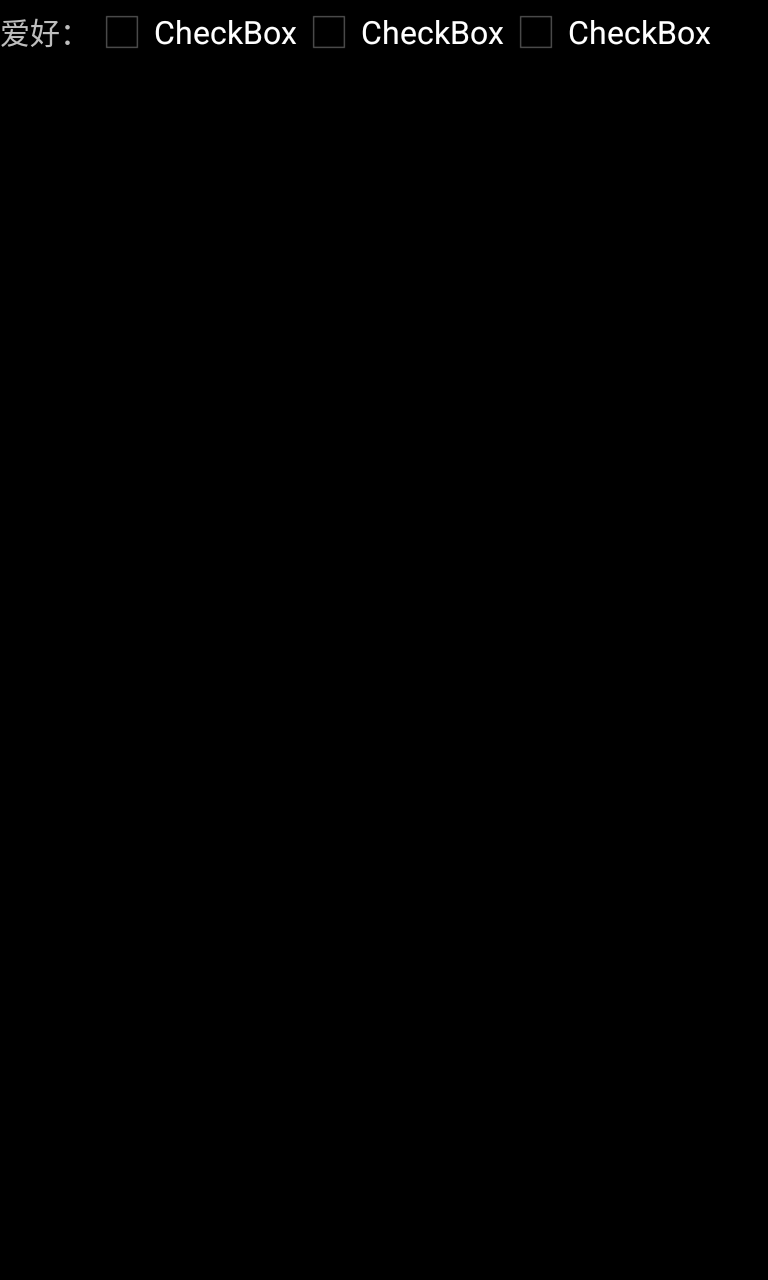
Repository: GuangmingChan/DevelopAndroidApp
Layout: demoCheckBox3/res/layout/main.xml
These files come from the project's save history. The layout is drawn as it stood at one moment and after the next save; the edit follows.
It is drawn on a 768 x 1280 px phone screen (xhdpi) without system bars, with theme android:Theme.Holo; the app's code is not run.

Above is the layout before, as saved 2017-03-28 02:16:36.

After the next save:
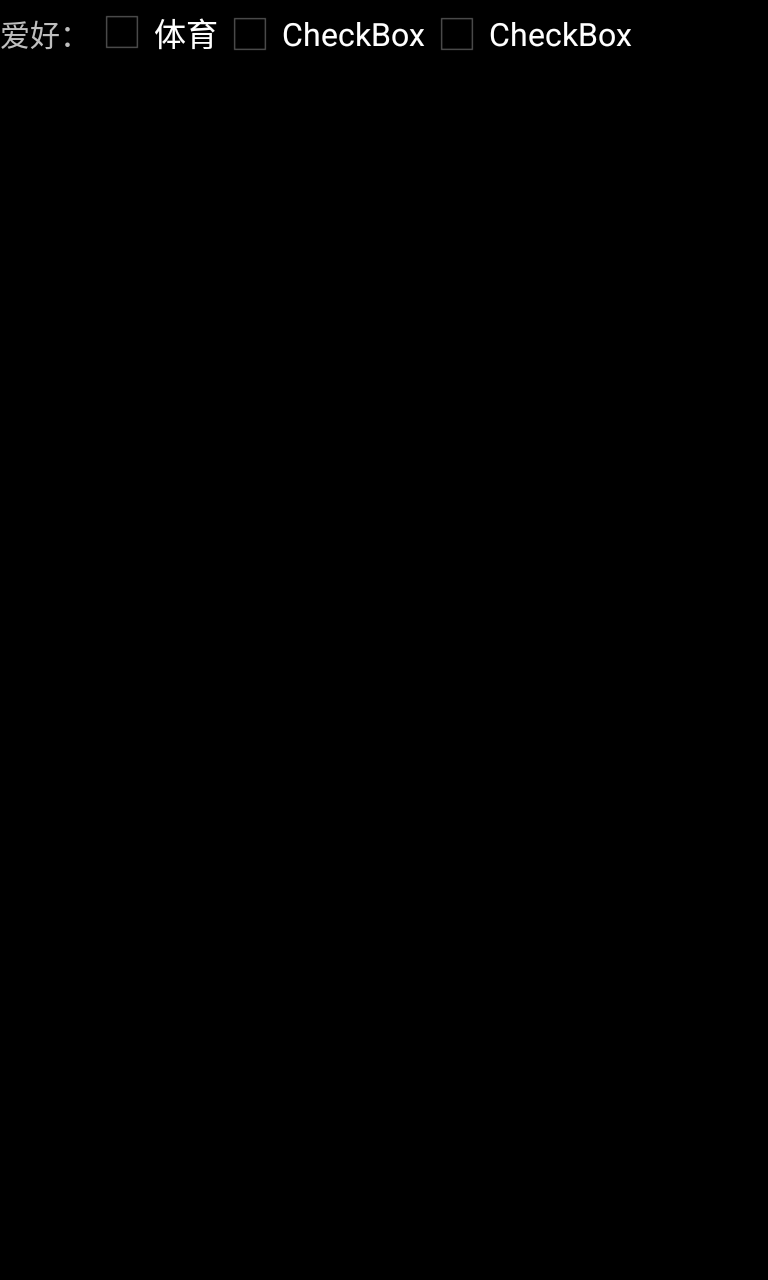
Saved 27 s later.
--- a/demoCheckBox3/res/layout/main.xml
+++ b/demoCheckBox3/res/layout/main.xml
@@ -11,10 +11,10 @@
         android:text="爱好：" />
 
     <CheckBox
-        android:id="@+id/checkBox1"
+        android:id="@+id/sport"
         android:layout_width="wrap_content"
         android:layout_height="wrap_content"
-        android:text="CheckBox" />
+        android:text="体育" />
 
     <CheckBox
         android:id="@+id/checkBox2"
